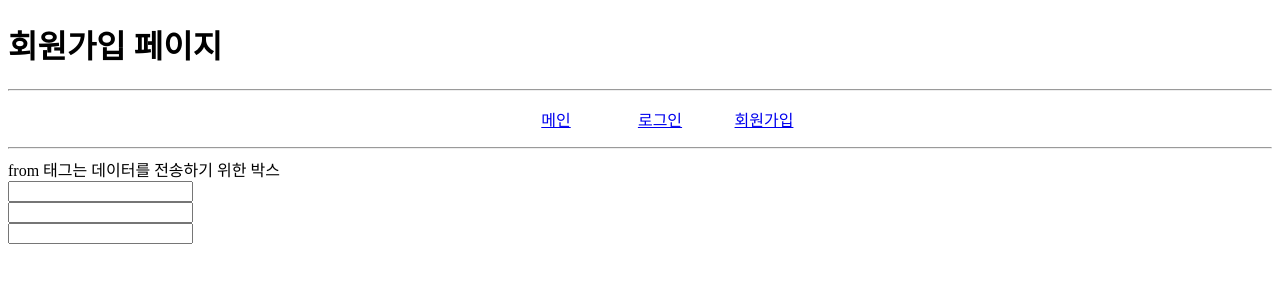
Repository: jaecheol0330/jsp-work
Page: http://localhost/cos/join.jsp
These files come from the project's save history. The page is drawn as it stood at one moment and after the next save; the edit follows.
The browser window is 1280 px wide. The pictures show the whole page.
The page is served by Tomcat 9.

Above is the page before, as saved 2020-08-22 02:48:59.

After the next save:
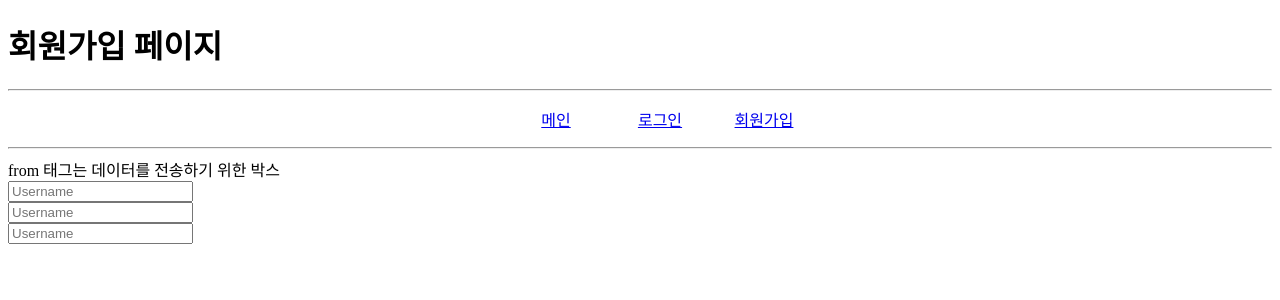
Saved 89 s later.
--- a/cos/WebContent/join.jsp
+++ b/cos/WebContent/join.jsp
@@ -26,9 +26,9 @@
 <hr/>
 from 태그는 데이터를 전송하기 위한 박스<br/>
 <from>
-	<input type="text"name="username"/><br/>
-	<input type="password"name="password""/><br/>
-	<input type="email"name="email"/><br/>
+	<input type="text"name="username"placeholder="Username"/><br/>
+	<input type="password"name="password"placeholder="Username"/><br/>
+	<input type="email"name="email"placeholder="Username"/><br/>
 </from>
 
 </body>
